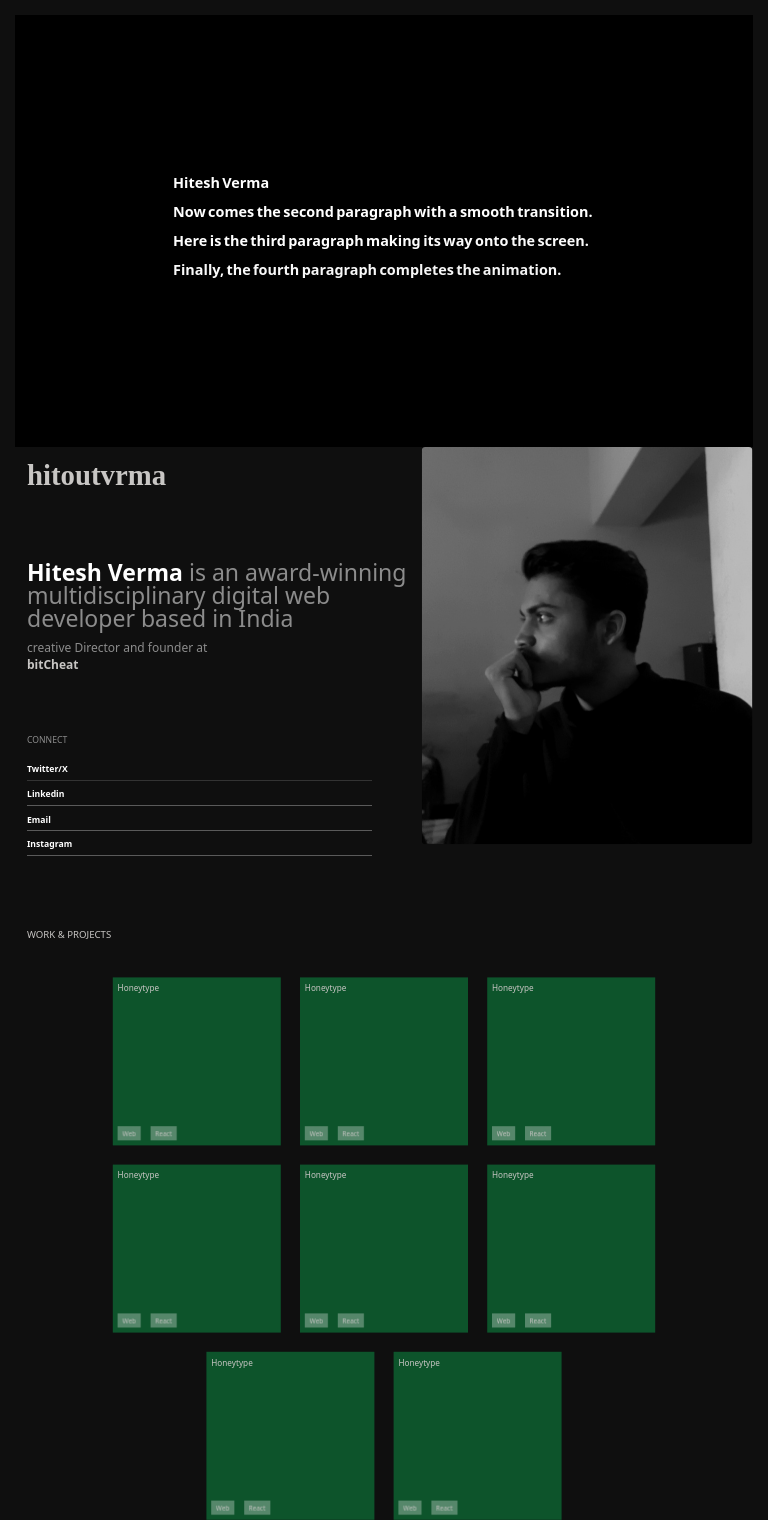
Repository: hitoutvrma/portfolio
Page: /
The author's editor kept a copy of each file at every save. The page is drawn from the files as they stood at one save, then again after the next save.
The browser window is 1280 px wide. The pictures show the whole page, at 60% of full size.
The project was rebuilt for these pictures with package versions that can differ from the ones it lists, and the page was loaded fresh each time. Also part of the build but not shown: vite.config.js.

Above is the page before, as saved 2025-03-08 11:16:09.

After the next save:
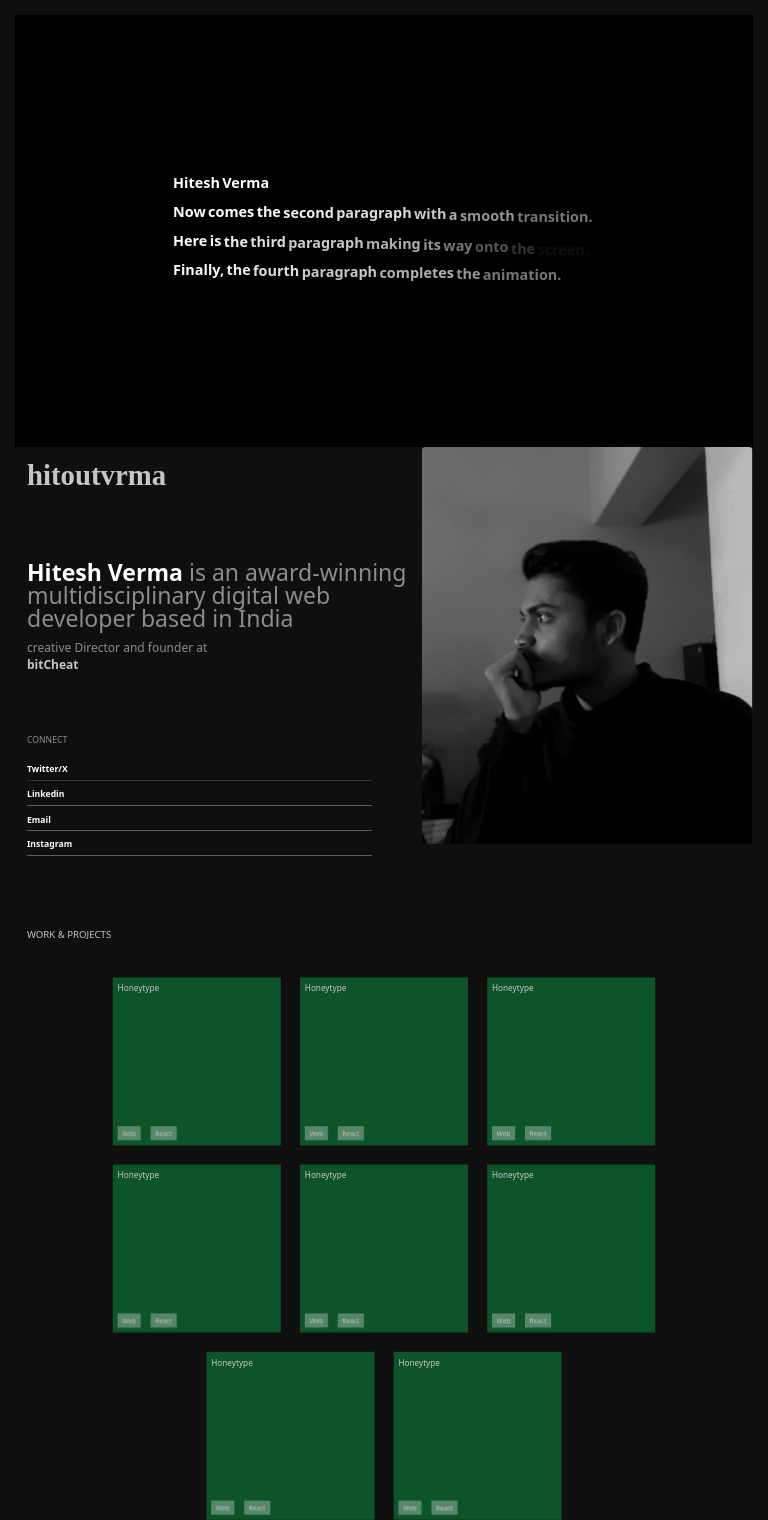
Saved 14 s later.
--- a/src/Components/AnimatedParagraph.jsx
+++ b/src/Components/AnimatedParagraph.jsx
@@ -23,7 +23,7 @@
             className="text-2xl font-semibold mb-4"
             variants={{
               hidden: {},
-              visible: { transition: { staggerChildren: 0.05 } }, // Words inside appear with delay
+              visible: { transition: { staggerChildren: 0.5 } }, // Words inside appear with delay
             }}
           >
             {text.split(" ").map((word, index) => (

After the save that followed:
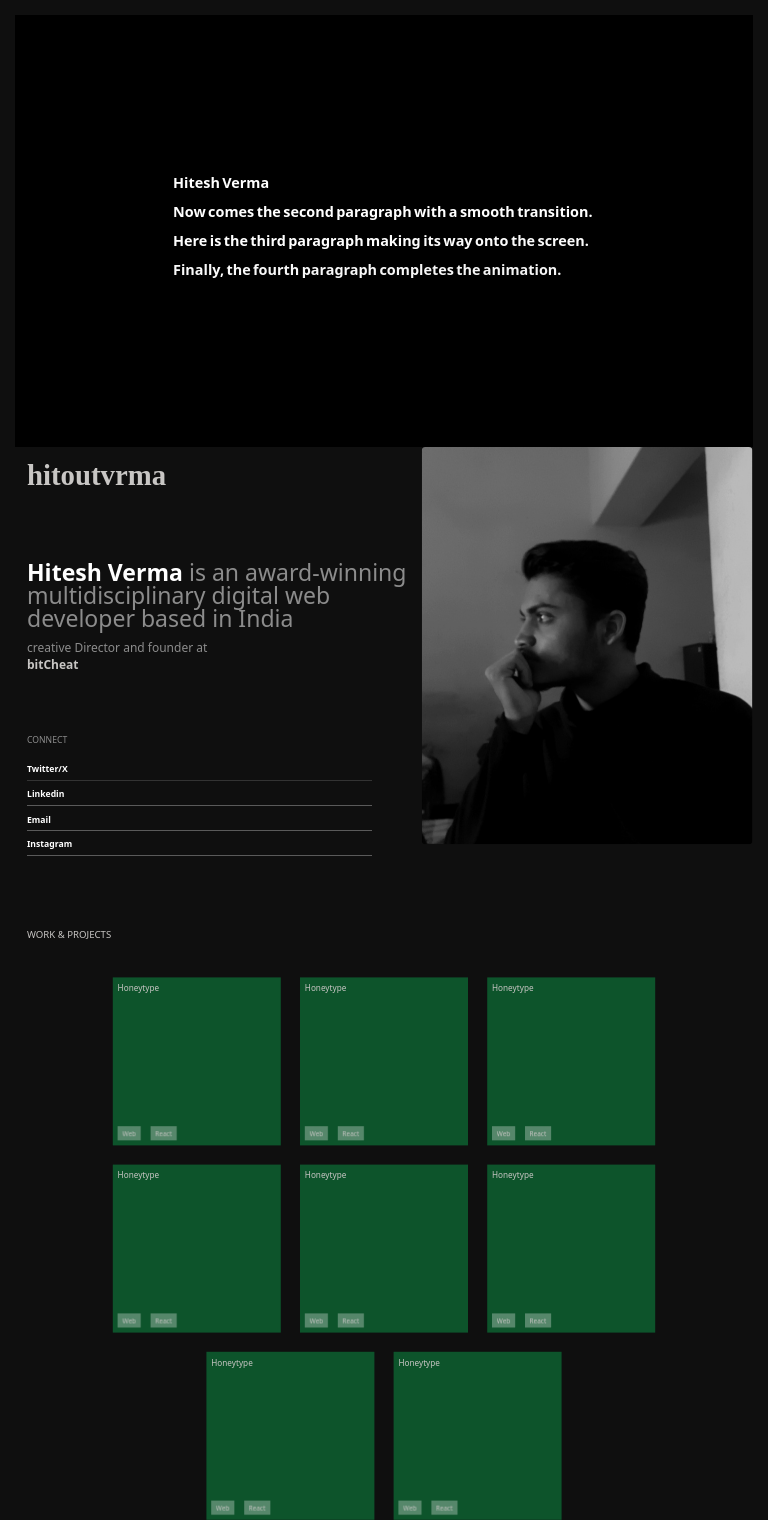
Saved 7 s later.
--- a/src/Components/AnimatedParagraph.jsx
+++ b/src/Components/AnimatedParagraph.jsx
@@ -23,7 +23,7 @@
             className="text-2xl font-semibold mb-4"
             variants={{
               hidden: {},
-              visible: { transition: { staggerChildren: 0.5 } }, // Words inside appear with delay
+              visible: { transition: { staggerChildren: 0.05 } }, // Words inside appear with delay
             }}
           >
             {text.split(" ").map((word, index) => (
